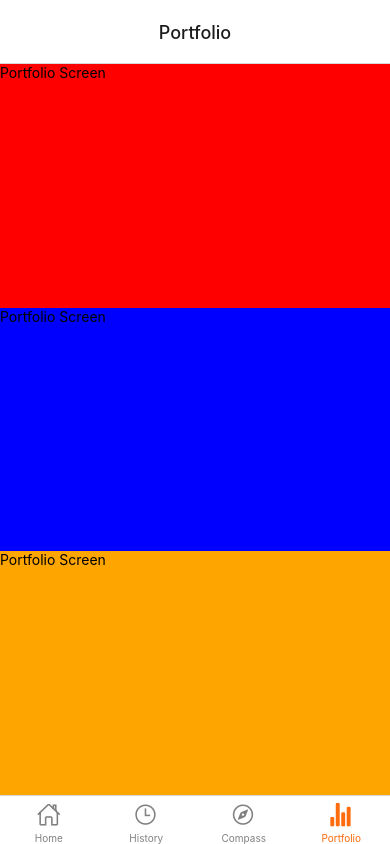
Repository: duongnoob23/WIND_SPEED_IOT
Screen: /Portfolio
The author's editor kept a copy of each file at every save. The screen is drawn from the files as they stood at one save, then again after the next save.
The app was drawn by React Native's web renderer in a window 390 px wide. The project was rebuilt for these pictures with package versions that can differ from the ones it lists, and the page was loaded fresh each time. Also part of the build but not shown: src/page/screens/HomeScreen.js, src/page/screens/ExpensesScreen.js.

Above is the screen before, as saved 2025-03-11 14:31:37.

After the next save:
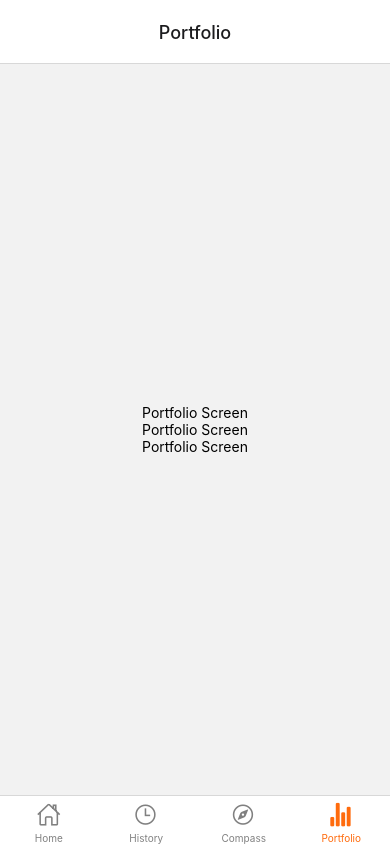
Saved 25 s later.
--- a/src/page/screens/PortfolioScreen.js
+++ b/src/page/screens/PortfolioScreen.js
@@ -16,21 +16,22 @@ const styles = StyleSheet.create({
     flex: 1,
     justifyContent: "center",
     alignItems: "center",
+    display: "flex",
   },
   box1: {
-    width: "100%",
-    flex: 1,
-    backgroundColor: "red",
+    // width: "100%",
+    // flex: 1,
+    // backgroundColor: "red",
   },
 
   box2: {
-    width: "100%",
-    flex: 1,
-    backgroundColor: "blue",
+    // width: "100%",
+    // flex: 1,
+    // backgroundColor: "blue",
   },
   box3: {
-    width: "100%",
-    flex: 1,
-    backgroundColor: "orange",
+    // width: "100%",
+    // flex: 1,
+    // backgroundColor: "orange",
   },
 });
